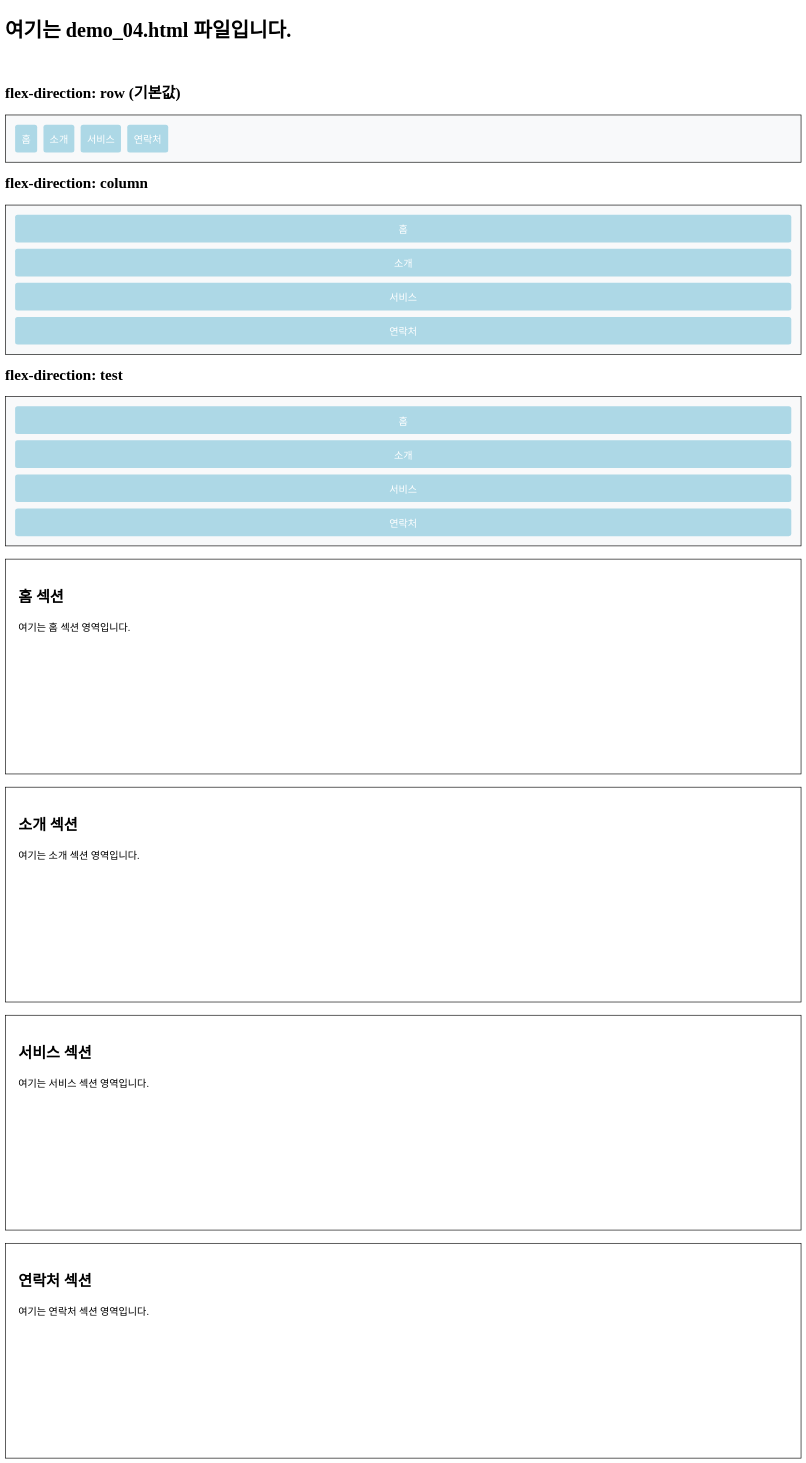
Repository: kimmingyeong225/totalJSP
Page: class_flexbox_011/src/main/webapp/demo_text.html
The author's editor kept a copy of each file at every save. The page is drawn from the files as they stood at one save, then again after the next save.
The browser window is 1280 px wide. The pictures show the whole page, at 63% of full size.

Above is the page before, as saved 2024-07-01 01:39:24.

After the next save:
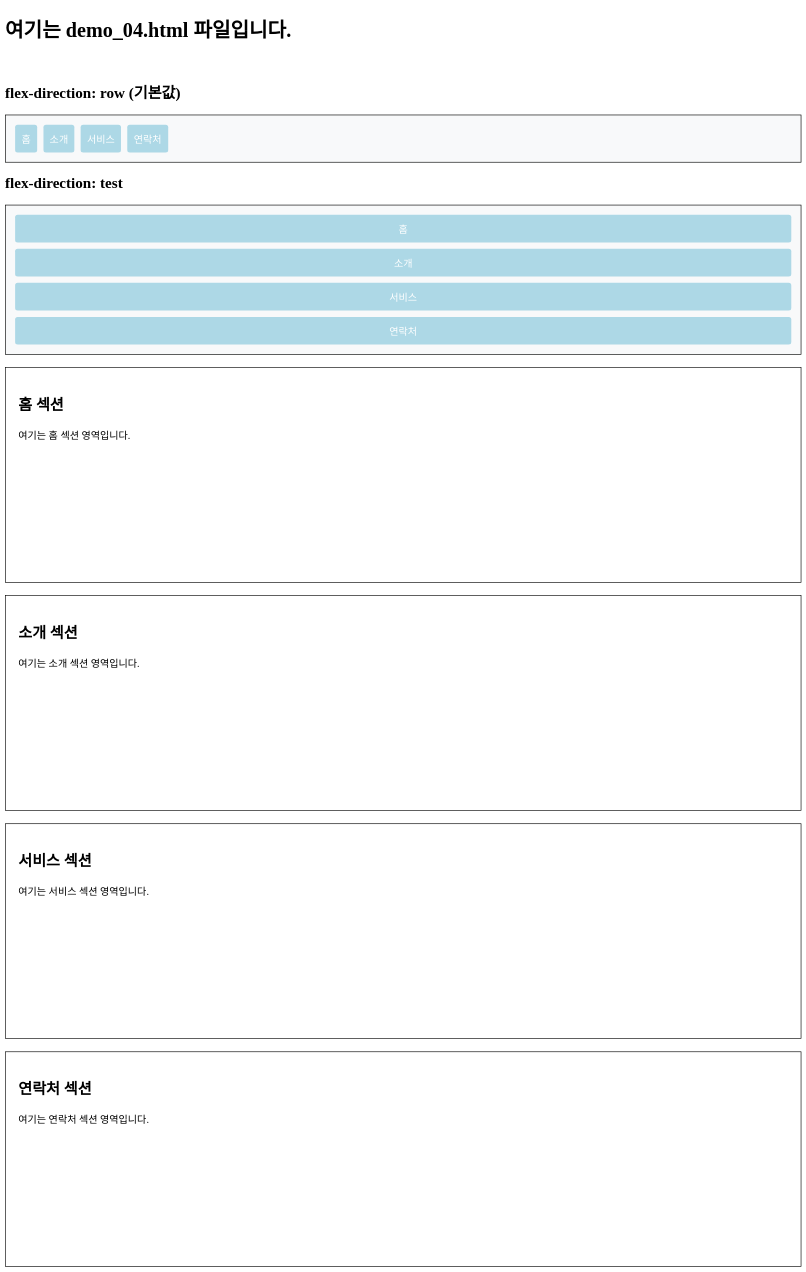
Saved 2 min 31 s later.
--- a/class_flexbox_011/src/main/webapp/demo_text.html
+++ b/class_flexbox_011/src/main/webapp/demo_text.html
@@ -19,28 +19,7 @@
         border-radius:4px;
         text-decoration: none;
     }
-    .navbar2{
-        display:flex;
-        border: 1px solid black;
-        background-color: #f8f9fa;
-        padding: 10px;
-        flex-direction: column;
-    }
-    .nav-item2{
-        margin:5px;
-        padding:10px;
-        background-color:lightblue;
-        color: white;
-        text-align: center;
-        border-radius:4px;
-        text-decoration: none;
-    }
-    .content1{
-        margin: 10px;
-        display:flex;
-        border: 1px solid gray;
-        padding: 10px;
-    }
+
 
     .section {
     	height: 300px;
@@ -68,14 +47,6 @@
         </div>
 
 
-
-    <h2>flex-direction: column</h2>
-        <div class="navbar2">
-            <a href="#home" class="nav-item2">홈</a>
-            <a href="#about" class="nav-item2">소개</a>
-            <a href="#services" class="nav-item2">서비스</a>
-            <a href="#contact" class="nav-item2">연락처</a>
-        </div>
 
 
             <h2>flex-direction: test</h2>
